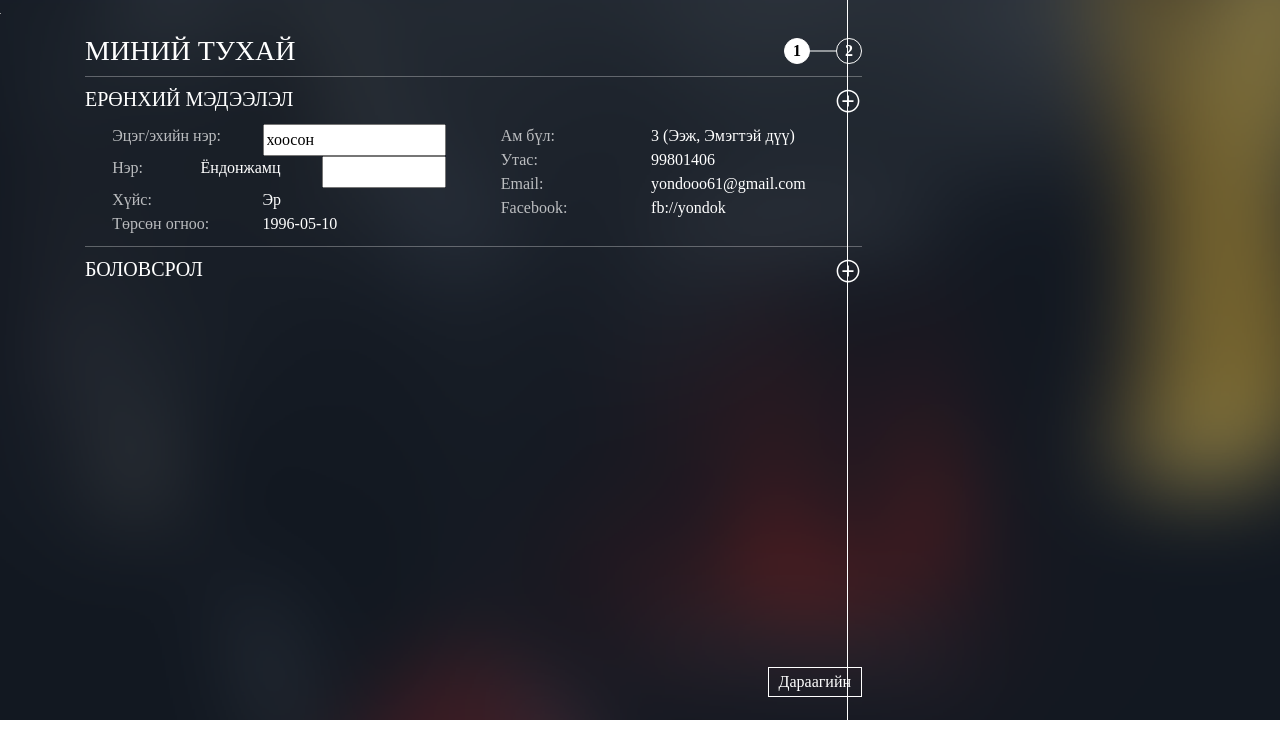
Repository: Yondo202/svProject
Page: /
An editor plug-in stored every save of this project. The page is shown before and after the next save, followed by the edit.
The browser window is 1280 px wide. The pictures show the whole page.
The project was rebuilt for these pictures with package versions that can differ from the ones it lists, and the page was loaded fresh each time. The framework's server and built-in components were replaced by stand-ins that run in the browser. Also part of the build but not shown: next.config.js, style/style.scss.

Above is the page before, as saved 2020-11-20 00:46:41.

After the next save:
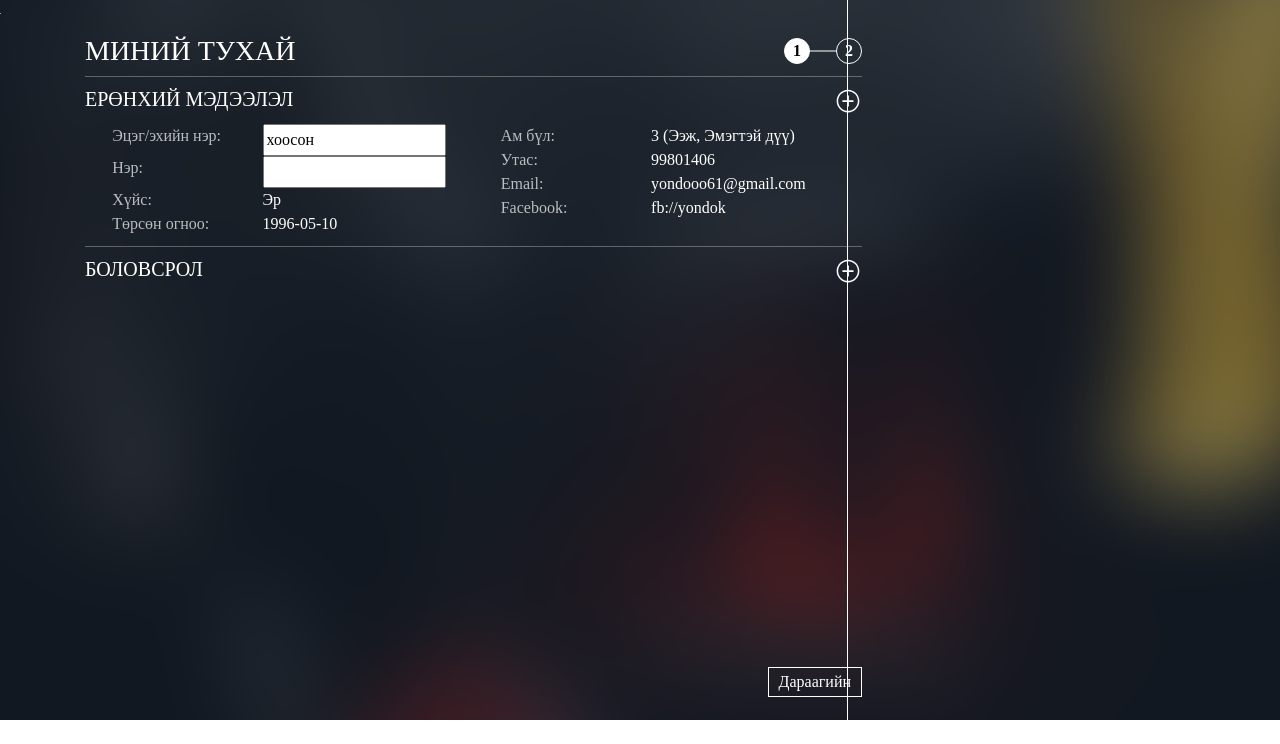
Saved 85 s later.
--- a/components/form1.js
+++ b/components/form1.js
@@ -98,7 +98,6 @@ function form1() {
                     </div>
                     <div className="main-info">
                         <label className="B">Нэр:</label>
-                        <span className="val">Ёндонжамц</span>
                         <input className="getinput val" type="text" name="name" />
                     </div>
                     <div className="main-info">
